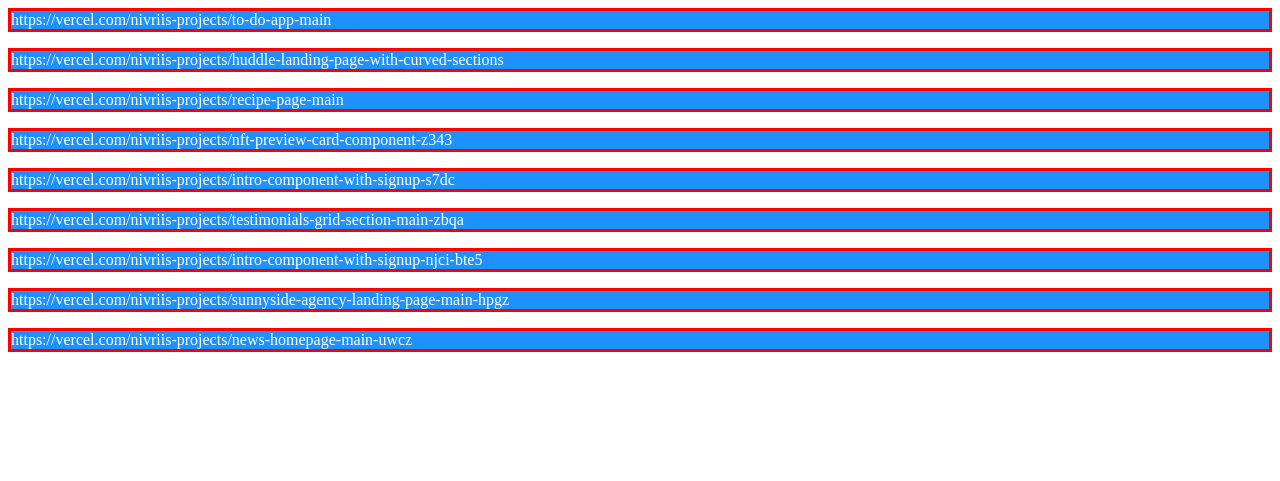
Repository: nivrii/links
Page: links.html
An editor plug-in stored every save of this project. The page is shown before and after the next save, followed by the edit.
The browser window is 1280 px wide. The pictures show the whole page.

Above is the page before, as saved 2024-07-06 20:46:05.

After the next save:
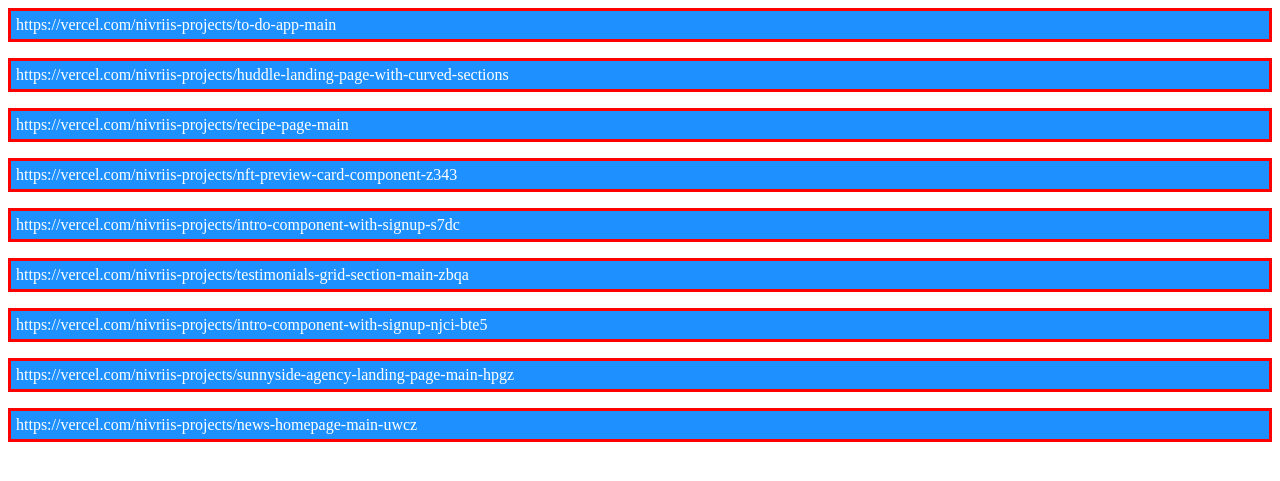
Saved 18 s later.
--- a/links.html
+++ b/links.html
@@ -11,6 +11,8 @@
       gap: 1rem;
     }
     div{
+      display: block;
+      padding: 5px;
       background-color: dodgerblue;
       color: white;
       border: 3px solid red;
